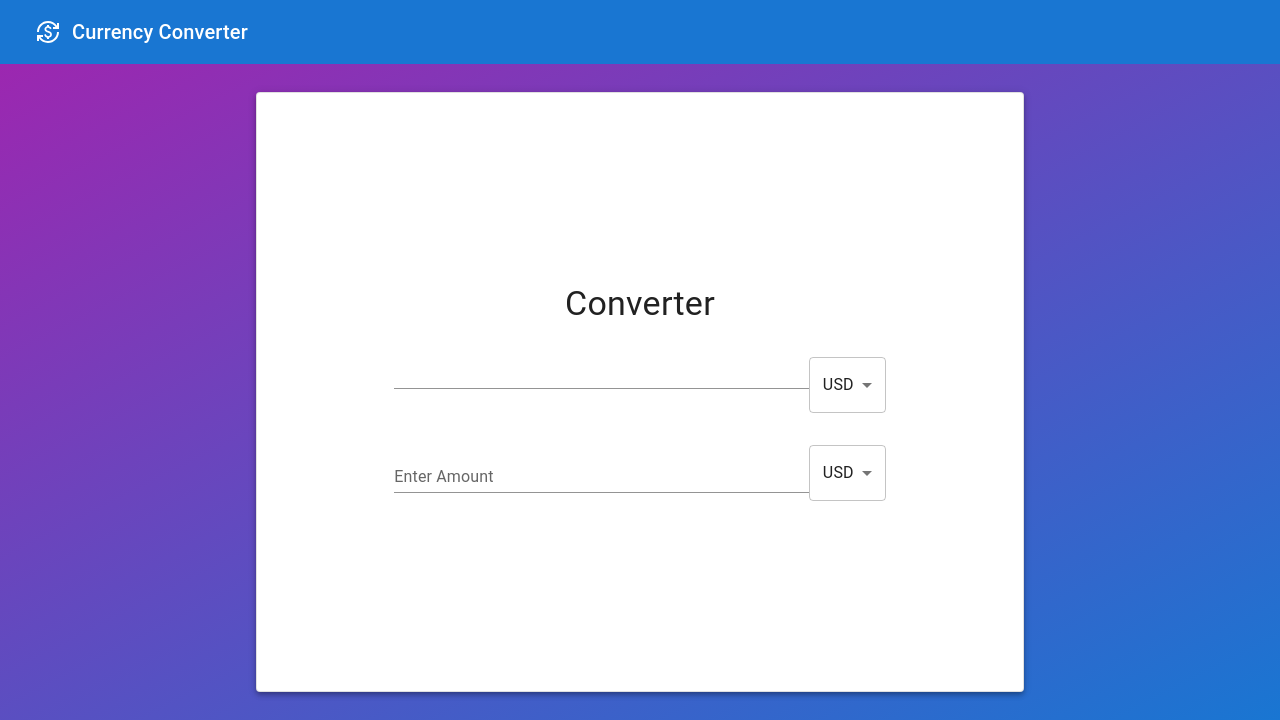
Repository: rutsguifd/currency-converter
Page: /
These files come from the project's save history. The page is drawn as it stood at one moment and after the next save; the edit follows.
The browser window is 1280 px wide. The pictures show the whole page.
The project was rebuilt for these pictures with package versions that can differ from the ones it lists, and the page was loaded fresh each time. Also part of the build but not shown: src/components/ErrorBoundary.jsx.

Above is the page before, as saved 2023-03-28 00:08:55.

### src/index.js
import { CssBaseline } from "@mui/material";
import React from "react";
import ReactDOM from "react-dom/client";
import { Provider } from "react-redux";
import { BrowserRouter } from "react-router-dom";
import App from "./App";
import { setupStore } from "./store";

const store = setupStore();

const root = ReactDOM.createRoot(document.getElementById("root"));
root.render(
  <Provider store={store}>
    <BrowserRouter>
      <CssBaseline>
        <App />
      </CssBaseline>
    </BrowserRouter>
  </Provider>
);

### src/App.js
import AppRouter from "./router/AppRouter";

function App() {
  return (
    <>
      <AppRouter />
    </>
  );
}

export default App;

### src/store/index.js
import { combineReducers, configureStore } from "@reduxjs/toolkit";
import { ConverterAPI } from "./ConverterService";

const rootReducer = combineReducers({
  [ConverterAPI.reducerPath]: ConverterAPI.reducer,
});

export const setupStore = () => {
  return configureStore({
    reducer: rootReducer,
    middleware: (getDefaultMiddleware) =>
      getDefaultMiddleware().concat(ConverterAPI.middleware),
  });
};

### src/router/AppRouter.jsx
import React from "react";
import { Route, Routes } from "react-router-dom";
import ErrorBoundary from "../components/ErrorBoundary";
import HomePage from "../pages/HomePage";

const AppRouter = () => {
  return (
    <Routes>
      <Route path="/" element={<HomePage />} />
      <Route path="/error" element={<ErrorBoundary />} />
    </Routes>
  );
};

export default AppRouter;

### src/store/ConverterService.js
import { createApi, fetchBaseQuery } from "@reduxjs/toolkit/dist/query/react";

const BASE_URL = "https://api.apilayer.com/exchangerates_data/";

const BASE_QUERY = fetchBaseQuery({
  baseUrl: BASE_URL,
  prepareHeaders: (headers) => {
    headers.set("apikey", "3yTPGVUhUYyAGGgNkKb2MySzxmY4qcWi");
    return headers;
  },
});

export const ConverterAPI = createApi({
  reducerPath: "ConverterAPI",
  baseQuery: BASE_QUERY,
  tagTypes: ["ConverterAPI"],
  endpoints: (build) => ({
    getLatestCurrency: build.query({
      query: ({ symbols, base }) => `latest?symbols=${symbols}&base=${base}`,
    }),
  }),
});

### src/pages/HomePage.jsx
import React from "react";
import ConvertContainer from "../components/ConvertContainer";
import MainLayout from "../layout/MainLayout";

const HomePage = () => {
  return (
    <MainLayout>
      <ConvertContainer />
    </MainLayout>
  );
};

export default HomePage;

### src/components/ConvertContainer.jsx
import { Container, useTheme } from "@mui/material";
import React from "react";
import Convert from "./Convert";

const ConvertContainer = () => {
  const theme = useTheme();

  return (
    <Container
      maxWidth={false}
      disableGutters
      sx={{
        display: "flex",
        justifyContent: "center",
        alignItems: "center",
        minHeight: "calc(100vh - 64px)",
        background: `linear-gradient(to right bottom, ${theme.palette.secondary.main},  ${theme.palette.primary.main})`,
      }}
    >
      <Convert />
    </Container>
  );
};

export default ConvertContainer;

### src/layout/MainLayout.jsx
import React from "react";
import Header from "../components/Header";

const MainLayout = ({ children }) => {
  return (
    <>
      <Header />
      {children}
    </>
  );
};

export default MainLayout;

### src/components/Convert.jsx
import {
  Box,
  FormControl,
  InputLabel,
  MenuItem,
  Paper,
  Select,
  TextField,
  Typography,
} from "@mui/material";
import React, { useState } from "react";

const Convert = () => {
  const [currentCurrency, setCurrentCurrency] = useState("USD");

  const handleChange = (e) => {
    setCurrentCurrency(e.target.value);
  };

  console.log(currentCurrency);
  return (
    <Paper
      variant="outlined"
      sx={{
        p: 4,
        display: "flex",
        flexDirection: "column",
        alignItems: "center",
        justifyContent: "center",
        width: "60vw",
        minWidth: "400px",
        height: "60vh",
        minHeight: "600px",
        gap: 4,
        boxShadow: 4,
      }}
    >
      <Typography variant="h4">Converter</Typography>
      <Box display="flex" flexDirection="row" width="70%">
        <TextField variant="standard" sx={{ width: "100%" }} />
        <Select
          id="demo-simple-select"
          value={currentCurrency}
          onChange={handleChange}
        >
          <MenuItem value="UAH">UAH</MenuItem>
          <MenuItem value="USD">USD</MenuItem>
          <MenuItem value="EURO">EURO</MenuItem>
        </Select>
      </Box>
      <Box display="flex" flexDirection="row" width="70%">
        <TextField
          variant="standard"
          sx={{ width: "100%" }}
          label="Enter Amount"
        />
        <Select
          id="demo-simple-select"
          value={currentCurrency}
          onChange={handleChange}
        >
          <MenuItem value="UAH">UAH</MenuItem>
          <MenuItem value="USD">USD</MenuItem>
          <MenuItem value="EURO">EURO</MenuItem>
        </Select>
      </Box>
    </Paper>
  );
};

export default Convert;

### src/components/Header.jsx
import {
  AppBar,
  Box,
  CircularProgress,
  IconButton,
  Toolbar,
  Typography,
} from "@mui/material";
import CurrencyExchangeIcon from "@mui/icons-material/CurrencyExchange";
import EuroSymbolIcon from "@mui/icons-material/EuroSymbol";
import AttachMoneyIcon from "@mui/icons-material/AttachMoney";
import React from "react";
import { ConverterAPI } from "../store/ConverterService";
import { useNavigate } from "react-router-dom";

const Header = () => {
  const navigate = useNavigate();

  //   const {
  //     data: USDData,
  //     error: USDError,
  //     isLoading: USDLoading,
  //   } = ConverterAPI.useGetLatestCurrencyQuery({
  //     symbols: "UAH",
  //     base: "USD",
  //   });
  //   const {
  //     data: EURData,
  //     error: EURError,
  //     isLoading: EURLoading,
  //   } = ConverterAPI.useGetLatestCurrencyQuery({
  //     symbols: "UAH",
  //     base: "EUR",
  //   });
  //   if (USDError || EURError) {
  //     return navigate("/error");
  //   }
  return (
    <Box sx={{ flexGrow: 1 }}>
      <AppBar position="static">
        <Toolbar>
          <IconButton size="large" color="inherit">
            <CurrencyExchangeIcon />
          </IconButton>
          <Typography variant="h6" component="div" sx={{ flexGrow: 1 }}>
            Currency Converter
          </Typography>
          {/* <Box margin={2} display="flex" flexDirection="row">
            <EuroSymbolIcon />
            {EURLoading ? (
              <CircularProgress />
            ) : (
              <Typography>{EURData.rates.UAH}</Typography>
            )}
          </Box>
          <Box margin={2} display="flex" flexDirection="row">
            <AttachMoneyIcon />
            {USDLoading ? (
              <CircularProgress />
            ) : (
              <Typography>{USDData.rates.UAH}</Typography>
            )}
          </Box> */}
        </Toolbar>
      </AppBar>
    </Box>
  );
};

export default Header;

Loaded but not shown: public/index.html (common file)

After the next save:
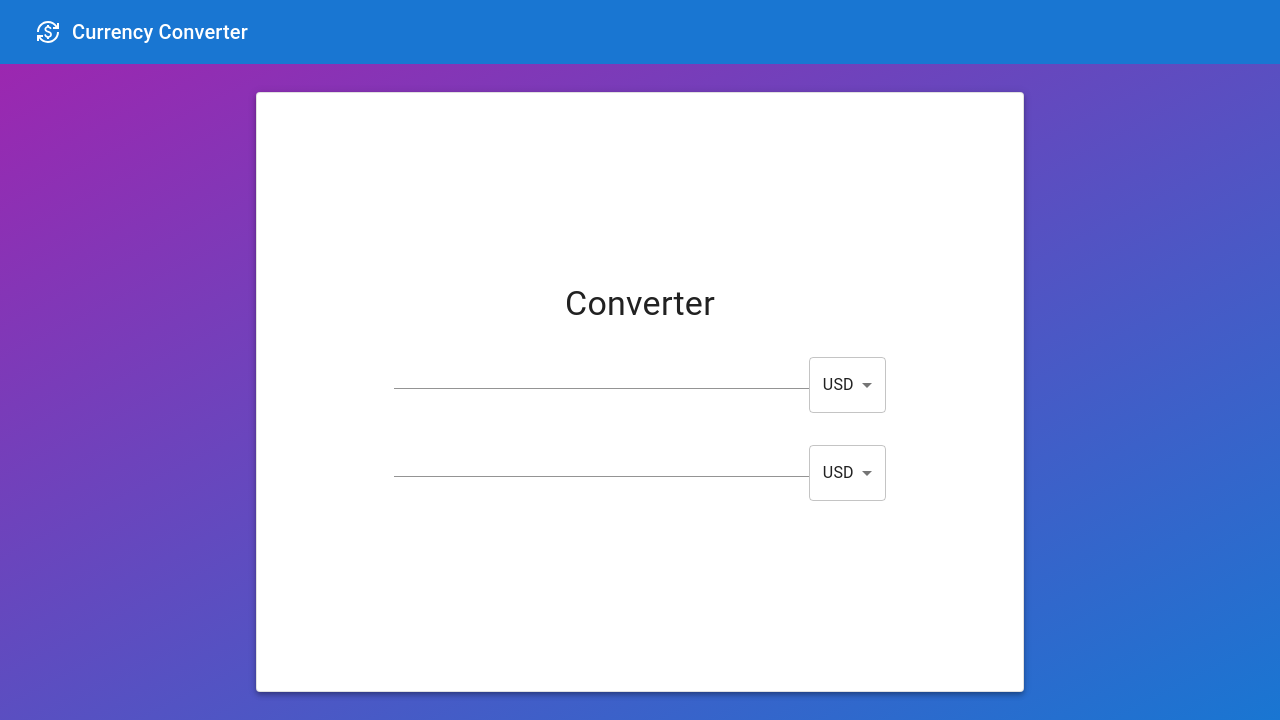
Saved 22 s later.
--- a/src/components/Convert.jsx
+++ b/src/components/Convert.jsx
@@ -49,11 +49,7 @@ const Convert = () => {
         </Select>
       </Box>
       <Box display="flex" flexDirection="row" width="70%">
-        <TextField
-          variant="standard"
-          sx={{ width: "100%" }}
-          label="Enter Amount"
-        />
+        <TextField variant="standard" sx={{ width: "100%" }} />
         <Select
           id="demo-simple-select"
           value={currentCurrency}
